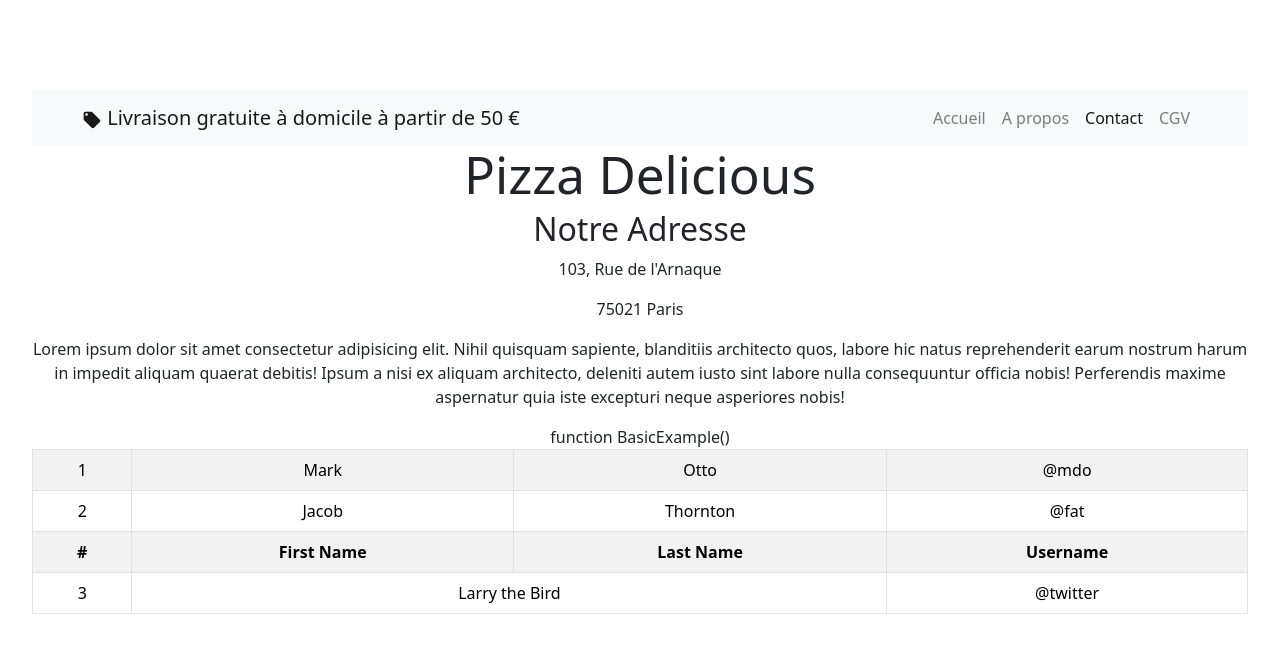
Repository: IchibanDZ/afpadev
Page: /contact (app in Desktop/dev/Pizza/)
The author's editor kept a copy of each file at every save. The page is drawn from the files as they stood at one save, then again after a run of saves.
The browser window is 1280 px wide. The pictures show the whole page.
The project was rebuilt for these pictures with package versions that can differ from the ones it lists, and the page was loaded fresh each time. Also part of the build but not shown: Desktop/dev/Pizza/vite.config.js, Desktop/dev/Pizza/src/components/header/header.css, Desktop/dev/Pizza/src/components/home/home.css, Desktop/dev/Pizza/src/components/about/About.css, Desktop/dev/Pizza/app_pizzeria/pizza-data.js, Desktop/dev/Pizza/src/components/about/About.jsx, Desktop/dev/Pizza/src/components/home/Home.jsx, Desktop/dev/Pizza/src/components/Apropos/Apropos.jsx and 1 more.

Above is the page before, as saved 2024-08-22 11:03:14.

After the next 2 saves:
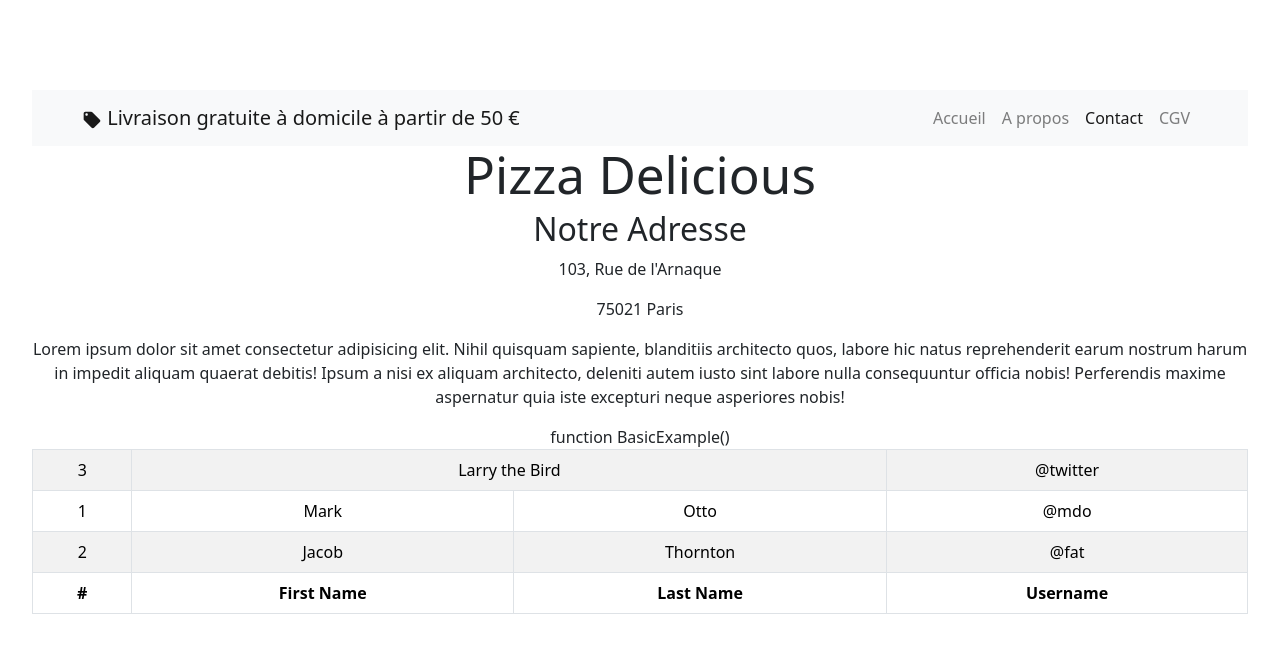
The 2 saves are shown as one change because they came seconds apart.
The last was saved 8 s later.
--- a/Desktop/dev/Pizza/src/components/contact/Contact.jsx
+++ b/Desktop/dev/Pizza/src/components/contact/Contact.jsx
@@ -16,6 +16,11 @@ const Contact = () => {
 
       </thead>
       <tbody>
+      <tr>
+          <td>3</td>
+          <td colSpan={2}>Larry the Bird</td>
+          <td>@twitter</td>
+        </tr>
         <tr>
           <td>1</td>
           <td>Mark</td>
@@ -34,11 +39,7 @@ const Contact = () => {
           <th>Last Name</th>
           <th>Username</th>
         </tr>
-        <tr>
-          <td>3</td>
-          <td colSpan={2}>Larry the Bird</td>
-          <td>@twitter</td>
-        </tr>
+
       </tbody>
     </Table>
 
